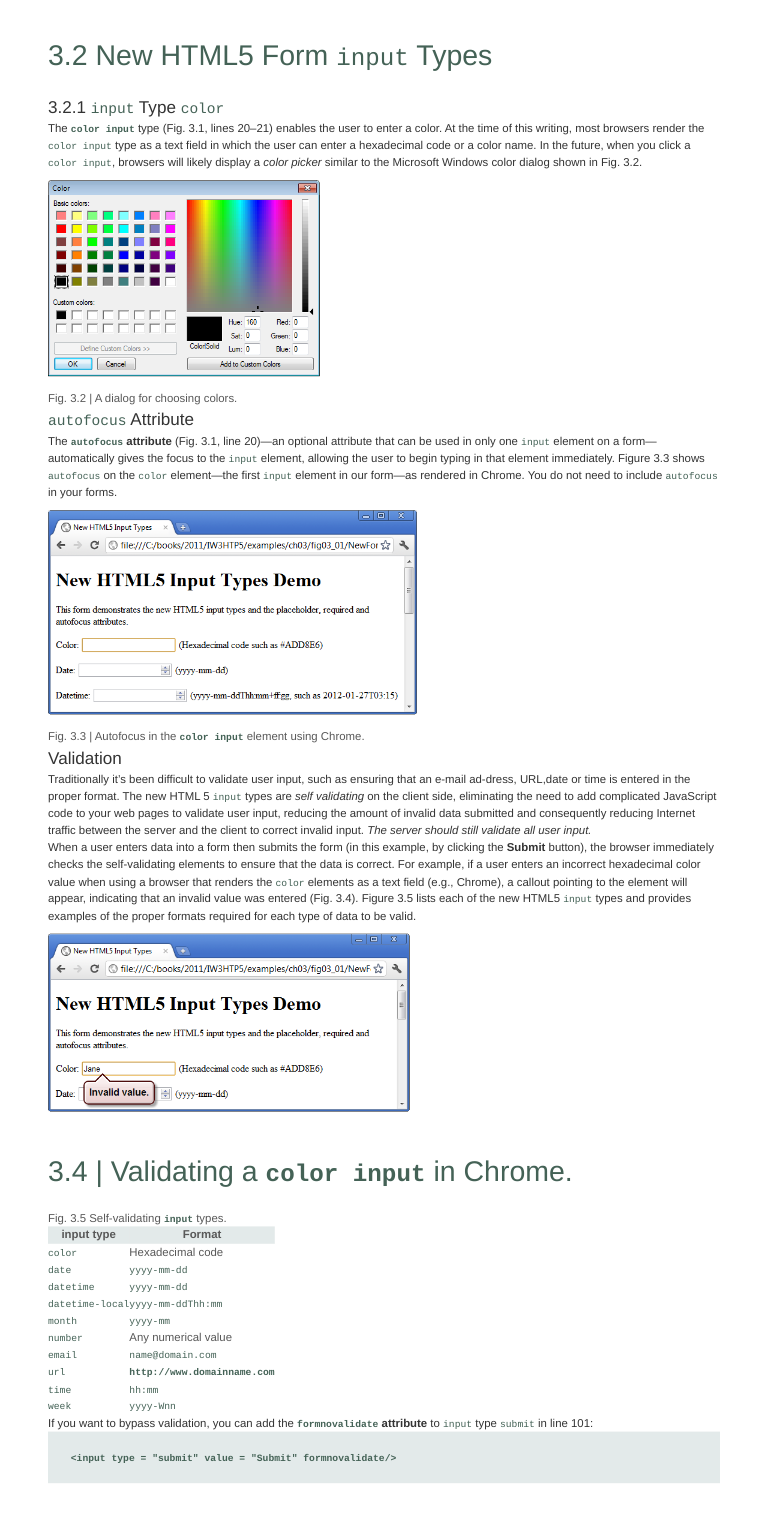
Repository: mlmEFSC21/P4-Textbook-Copy
Page: index.html
These files come from the project's save history. The page is drawn as it stood at one moment and after the next save; the edit follows.
The browser window is 1280 px wide. The pictures show the whole page, at 60% of full size.

Above is the page before, as saved 2022-02-03 17:37:27.

### index.html
<!DOCTYPE html>
<html lang="en">
    <head>
        <meta charset="UTF-8" />
        <meta http-equiv="X-UA-Compatible" content="IE=edge" />
        <meta name="viewport" content="width=device-width, initial-scale=1.0" />
        <link rel="stylesheet" href="bookStyles.css" />
        <title>Laying Out Book Pages</title>
    </head>
    <header>
        <h1>
            3.2 New HTML5 Form <code><span class="header1">input</span></code> Types
        </h1>
    </header>
    <body>
        <section class="color-input-type">
            <header>
                <h2>3.2.1 <code>input</code> Type <code>color</code></h2>
            </header>
            <p>
                The <code><span class="code-heavy">color input</span></code> type (Fig. 3.1, lines
                20–21) enables the user to enter a color. At the time of this writing, most browsers
                render the <code>color input</code> type as a text field in which the user can enter
                a hexadecimal code or a color name. In the future, when you click a
                <code>color input</code>, browsers will likely display a
                <em>color picker</em> similar to the Microsoft Windows color dialog shown in Fig.
                3.2.
            </p>
            <figure>
                <img src="images\OperaColorInput.png" alt="Microsoft Windows color dialog" />
                <figcaption>Fig. 3.2 | A dialog for choosing colors.</figcaption>
            </figure>
        </section>
        <section class="autofocus-attribute">
            <header>
                <h2><code>autofocus</code> Attribute</h2>
            </header>
            <p>
                The <code><span class="code-heavy">autofocus</span></code>
                <strong>attribute</strong> (Fig. 3.1, line 20)—an optional attribute that can be
                used in only one <code>input</code> element on a form—automatically gives the focus
                to the <code>input</code> element, allowing the user to begin typing in that element
                immediately. Figure 3.3 shows <code>autofocus</code> on the
                <code>color</code> element—the first <code>input</code> element in our form—as
                rendered in Chrome. You do not need to include <code>autofocus</code> in your forms.
            </p>
            <figure>
                <img
                    src="images\Autofocus.png"
                    alt="web page demo of autofocus on a color input field"
                />
                <figcaption>
                    Fig. 3.3 | Autofocus in the
                    <code><span class="code-heavy">color input</span></code> element using Chrome.
                </figcaption>
            </figure>
        </section>
        <section class="input-validation">
            <header>
                <h2>Validation</h2>
            </header>
            <p>
                Traditionally it’s been difficult to validate user input, such as ensuring that an
                e-mail ad-dress, URL,date or time is entered in the proper format. The new HTML 5
                <code>input</code> types are <em>self validating</em> on the client side,
                eliminating the need to add complicated JavaScript code to your web pages to
                validate user input, reducing the amount of invalid data submitted and consequently
                reducing Internet traffic between the server and the client to correct invalid
                input. <em>The server should still validate all user input.</em>
            </p>
            <p>
                When a user enters data into a form then submits the form (in this example, by
                clicking the <strong>Submit</strong> button), the browser immediately checks the
                self-validating elements to ensure that the data is correct. For example, if a user
                enters an incorrect hexadecimal color value when using a browser that renders the
                <code>color</code> elements as a text field (e.g., Chrome), a callout pointing to
                the element will appear, indicating that an invalid value was entered (Fig. 3.4).
                Figure 3.5 lists each of the new HTML5 <code>input</code> types and provides
                examples of the proper formats required for each type of data to be valid.
            </p>
            <figure>
                <img
                    src="images\SelfValidationChrome.png"
                    alt="web page demo of validation preventing a non color input into a color input field"
                />
                <figcaption>
                    <header>
                        <h1 class="fig-cap">
                            3.4 | Validating a
                            <code><span class="code-heavy">color input</span></code> in Chrome.
                        </h1>
                    </header>
                </figcaption>
            </figure>
        </section>
        <section class="self-validating-types">
            <figure>
                <figcaption>
                    Fig. 3.5 Self-validating
                    <code><span class="code-heavy">input</span></code> types.
                </figcaption>
                <table class="validation-table">
                    <thead>
                        <th>input type</th>
                        <th>Format</th>
                    </thead>
                    <tr>
                        <td><code>color</code></td>
                        <td>Hexadecimal code</td>
                    </tr>
                    <tr>
                        <td><code>date</code></td>
                        <td><code>yyyy-mm-dd</code></td>
                    </tr>
                    <tr>
                        <td><code>datetime</code></td>
                        <td><code>yyyy-mm-dd</code></td>
                    </tr>
                    <tr>
                        <td><code>datetime-local</code></td>
                        <td><code>yyyy-mm-ddThh:mm</code></td>
                    </tr>
                    <tr>
                        <td><code>month</code></td>
                        <td><code>yyyy-mm</code></td>
                    </tr>
                    <tr>
                        <td><code>number</code></td>
                        <td>Any numerical value</td>
                    </tr>
                    <tr>
                        <td><code>email</code></td>
                        <td><code>name@domain.com</code></td>
                    </tr>
                    <tr>
                        <td><code>url</code></td>
                        <td>
                            <a href="http://www.domainname.com"
                                ><code>http://www.domainname.com</code></a
                            >
                        </td>
                    </tr>
                    <tr>
                        <td><code>time</code></td>
                        <td><code>hh:mm</code></td>
                    </tr>
                    <tr>
                        <td><code>week</code></td>
                        <td><code>yyyy-Wnn</code></td>
                    </tr>
                </table>
            </figure>
            <aside>
                <p>
                    If you want to bypass validation, you can add the
                    <code><span class="code-heavy">formnovalidate</span></code>
                    <strong>attribute</strong> to <code>input</code> type <code>submit</code> in
                    line 101:
                </p>
                <div class="form-no-val">
                    <span class="code-heavy"
                        ><code
                            >&lt;input type = "submit" value = "Submit" formnovalidate/&gt;</code
                        ></span
                    >
                </div>
            </aside>
        </section>
    </body>
</html>

### bookStyles.css
:root {
    --clr-prime: #;
    --clr-font-prime: #333;
    --clr-font-code: #446256;
    --clr-font-links: #275b8a;
    --clr-font-fig-figcap: #585858;
    --clr-background: white;
    --clr-background-accent: rgba(70, 114, 115, 0.15);
}
*,
*::before,
*::after {
    margin: 0;
    padding: 0;
    box-sizing: border-box;
}
html {
    font-size: 19px;
    font-family: sans-serif;
}
body {
    font-family: "Helvetica Neue", Helvetica, Arial, "Lucida Grande", sans-serif;
    margin: 57px 0;
    padding: 0 80px;
    padding: auto;
    line-height: 1.5;
    background-color: var(--clr-background);
    color: var(--clr-font-prime);
}
h1 {
    font-size: 2.5em;
    margin-top: 1.15em;
    margin-bottom: 0.6em;
    font-style: normal;
    font-weight: 300;
    line-height: 1.5;
}
h2 {
    font-weight: 400;
}
h1,
code {
    color: var(--clr-font-code);
}
figure,
figcaption {
    margin-top: 0.75em;
    color: #585858;
    font-weight: 300;
}
code {
    font-family: Courier, "Courier New", monospace;
    font-size: 0.85em;
}
.code-heavy {
    font-weight: 900;
}
table {
    border-collapse: collapse;
}
div {
    padding: 1.5em 0 1.5em 2em;
}
th,
div {
    background-color: var(--clr-background-accent);
}
a {
    color: var(--clr-font-links);
    text-decoration: none;
    font-weight: 700;
    cursor: pointer;
}

After the next save:
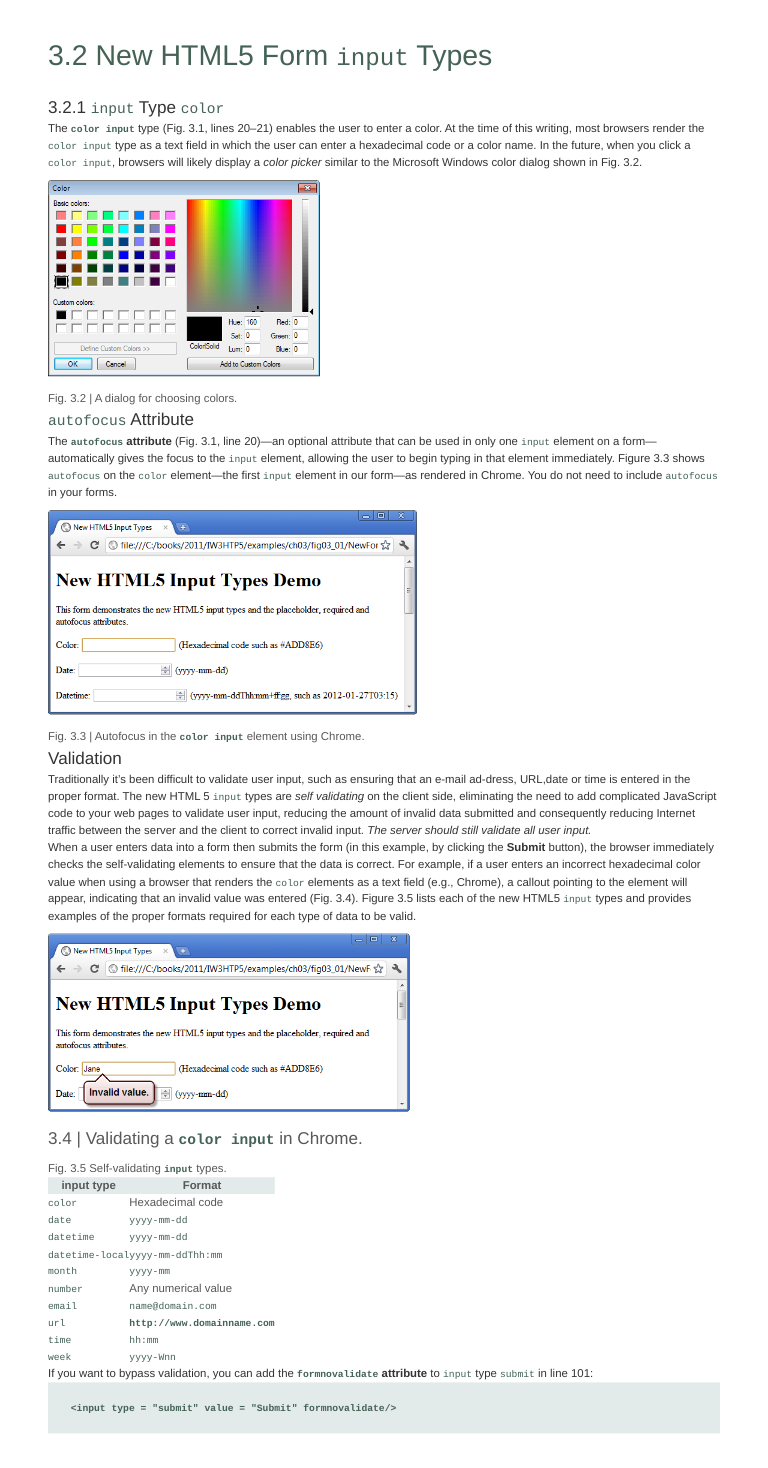
Saved 18 s later.
--- a/index.html
+++ b/index.html
@@ -85,7 +85,7 @@
                 />
                 <figcaption>
                     <header>
-                        <h1 class="fig-cap">
+                        <h2 class="fig-cap">
                             3.4 | Validating a
                             <code><span class="code-heavy">color input</span></code> in Chrome.
                         </h1>
